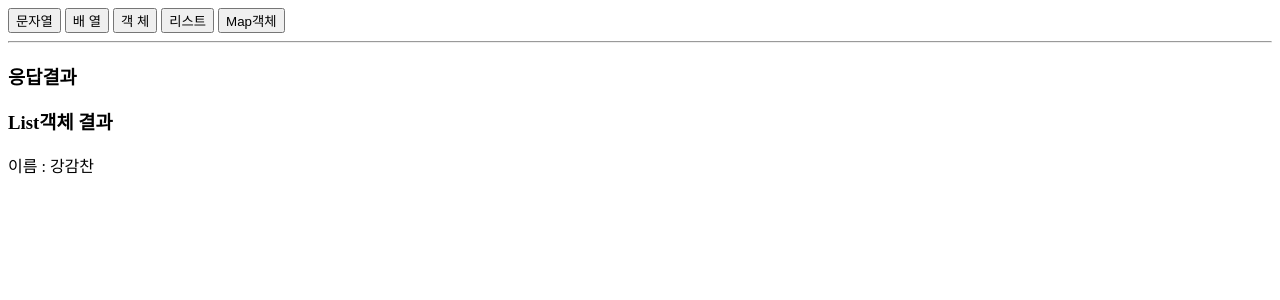
Repository: p2terkim/servletWork
Page: http://localhost/servletTest/basic/json/jsonTest.jsp
These files come from the project's save history. The page is drawn as it stood at one moment and after the next save; the edit follows.
The browser window is 1280 px wide. The pictures show the whole page.
After loading, the first visible `#mapBtn` was clicked once.
The page is served by Tomcat 9. Other server files are loaded and not shown.

Above is the page before, as saved 2021-05-20 06:49:29.

### servletTest/WebContent/basic/json/jsonTest.jsp
<%@ page language="java" contentType="text/html; charset=UTF-8"
    pageEncoding="UTF-8"%>
<!DOCTYPE html>
<html>
<head>
<meta charset="UTF-8">
<title>JSON 데이터 Ajax로 처리하기</title>
<script type="text/javascript" src = "<%=request.getContextPath()%>/js/jquery-3.6.0.min.js"></script>

<script type="text/javascript">
$(function(){
	$("#strBtn").on("click", function(){
		$.ajax({
			url : "<%=request.getContextPath()%>/JSONTest.do",
			type : "post",
			data : "choice=str",
			success : function(data){
				$('#result').html(data);
			},
			dataType : "json"
		});
	});

	//--------------------------------------

	$("#arrayBtn").on("click", function(){
		$.ajax({
			url : "<%=request.getContextPath()%>/JSONTest.do",
			type : "post",
			data : "choice=array",
			success : function(data){

				var str = "";

				$.each(data, function(i, v){
					str += i + "번째 자료 : " + v + "<br>"
				});

				$('#result').html(str);
			},
			dataType : "json"
		});
	});

	//--------------------------------------

	$("#objBtn").on("click", function(){
		$.ajax({
			url : "<%=request.getContextPath()%>/JSONTest.do",
			type : "post",
			data : "choice=obj",
			success : function(data){

				var str = "<h3>SampleVO객체 결과</h3>";
				str += " ID : " + data.id + "<br>";
				str += " 이름 : " + data.name + "<br>";

				$('#result').html(str);
			},
			dataType : "json"
		});
	});

	//--------------------------------------

	$("#listBtn").on("click", function(){
		$.ajax({
			url : "<%=request.getContextPath()%>/JSONTest.do",
			type : "post",
			data : "choice=list",
			success : function(data){

				var str = "<h3>List객체 결과</h3>";
				$.each(data, function(i,v){
					str += i + "번째 ID : " + v.id + "<br>";
					str += i + "번째 이름 : " + v.name + "<hr>";
				});

				$('#result').html(str);
			},
			dataType : "json"
		});
	});

	//--------------------------------------

	$("#mapBtn").on("click", function(){
		$.ajax({
			url : "<%=request.getContextPath()%>/JSONTest.do",
			type : "post",
			data : "choice=map",
			success : function(data){

				var str = "<h3>List객체 결과</h3>";

				/*
				//방법1
				//data가 Map이거나 객체일 경우에 변수 i에는 변수명 또는 key값이 문자열로 저장되고
				//변수 v에는 '변수에 저장된 데이터 값'이나 'value값'이 저장된다.
				$.each(data, function(i,v){
					str += i + " : " + v + "<br>";

				});
				*/

				str += "이름 : " + data.name + "<br>";

				$('#result').html(str);
			},
			dataType : "json"
		});
	});


});

</script>
</head>
<body>

<form>
	<input type="button" id="strBtn" value="문자열">
	<input type="button" id="arrayBtn" value="배 열">
	<input type="button" id="objBtn" value="객 체">
	<input type="button" id="listBtn" value="리스트">
	<input type="button" id="mapBtn" value="Map객체">
</form>
<hr>
<h3>응답결과</h3>
<div id="result"></div>


</body>
</html>

### servletTest/src/kr/or/ddit/basic/json/JSONTestServlet.java
package kr.or.ddit.basic.json;

import java.io.IOException;
import java.io.PrintWriter;
import java.util.ArrayList;
import java.util.HashMap;
import java.util.List;

import javax.servlet.ServletException;
import javax.servlet.annotation.WebServlet;
import javax.servlet.http.HttpServlet;
import javax.servlet.http.HttpServletRequest;
import javax.servlet.http.HttpServletResponse;

import com.google.gson.Gson;

@WebServlet("/JSONTest.do")
public class JSONTestServlet extends HttpServlet {
	private static final long serialVersionUID = 1L;

	protected void doGet(HttpServletRequest request, HttpServletResponse response) throws ServletException, IOException {

		request.setCharacterEncoding("utf-8");

		//응답을 json으로 보내기
		response.setCharacterEncoding("utf-8");
		response.setContentType("application/json); charset=utf-8");

		String choice = request.getParameter("choice");

		Gson gson = new Gson();	//JSON 라이브러리(Gson)객체 생성
		String jsonData = null;

		switch(choice) {
			case "str":
				String str = "안녕하세요.";
				jsonData = gson.toJson(str);	//데이터를 JSON 형태의 문자열로 변환한다.
				break;
			case "array":
				int[] arr = new int[] {10, 20, 30, 40, 50};
				jsonData = gson.toJson(arr);
				break;
			case "obj":	//SampleVO 클래스를 만들어서 사용한다.
				SampleVO sample = new SampleVO();
				sample.setId(100);
				sample.setName("홍길동");

				jsonData = gson.toJson(sample);
				break;
			case "list":
				List<SampleVO> samList = new ArrayList<SampleVO>();
				samList.add(new SampleVO(1000, "일지매"));
				samList.add(new SampleVO(2000, "홍길동"));
				samList.add(new SampleVO(3000, "성춘향"));
				samList.add(new SampleVO(4000, "강감찬"));

				jsonData = gson.toJson(samList);
				break;
			case "map":
				HashMap<String, String> map = new HashMap<String, String>();
				map.put("name", "강감찬");
				map.put("tel", "010-1234-5678");
				map.put("addr", "대전");

				jsonData = gson.toJson(map);
				break;
		}

		//변환된 JSON 구조의 문자열을 출력해본다.
		System.out.println(choice + " : " + jsonData);

		//만들어진 JSON 문자열을 응답 데이터로 보내준다.
		PrintWriter out = response.getWriter();

		out.write(jsonData);

		out.flush();
		out.close();


	}

	protected void doPost(HttpServletRequest request, HttpServletResponse response) throws ServletException, IOException {
		doGet(request, response);
	}

}

Loaded but not shown: servletTest/WebContent/js/jquery-3.6.0.min.js (library)

After the next save:
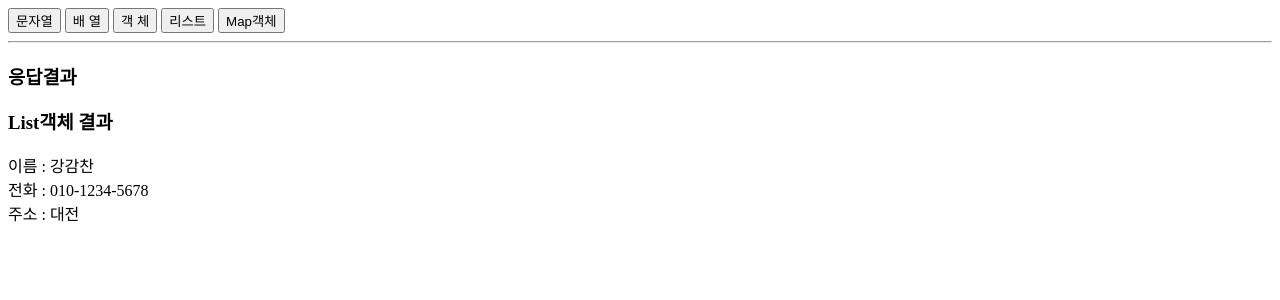
Saved 18 s later.
--- a/servletTest/WebContent/basic/json/jsonTest.jsp
+++ b/servletTest/WebContent/basic/json/jsonTest.jsp
@@ -104,6 +104,8 @@ $(function(){
 				*/
 
 				str += "이름 : " + data.name + "<br>";
+				str += "전화 : " + data.tel + "<br>";
+				str += "주소 : " + data.addr + "<br>";
 
 				$('#result').html(str);
 			},
